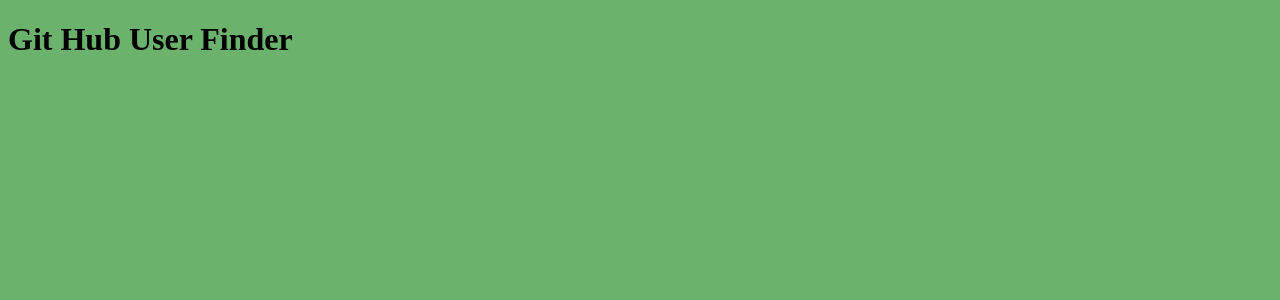
Repository: Dharshinimk-521/github-user-finder
Page: index.html
These files come from the project's save history. The page is drawn as it stood at one moment and after the next save; the edit follows.
The browser window is 1280 px wide. The pictures show the whole page.
Some web fonts or font styles are not loaded; a fallback is used.

Above is the page before, as saved 2026-04-13 20:53:46.

After the next save:
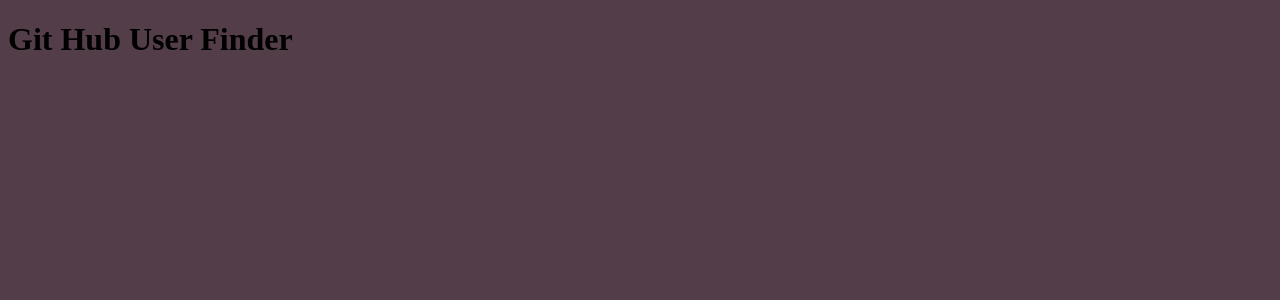
Saved 31 s later.
--- a/style.css
+++ b/style.css
@@ -1,3 +1,3 @@
 body{
-    background-color: #6BB36D;
+    background-color: #523D49;
 }
